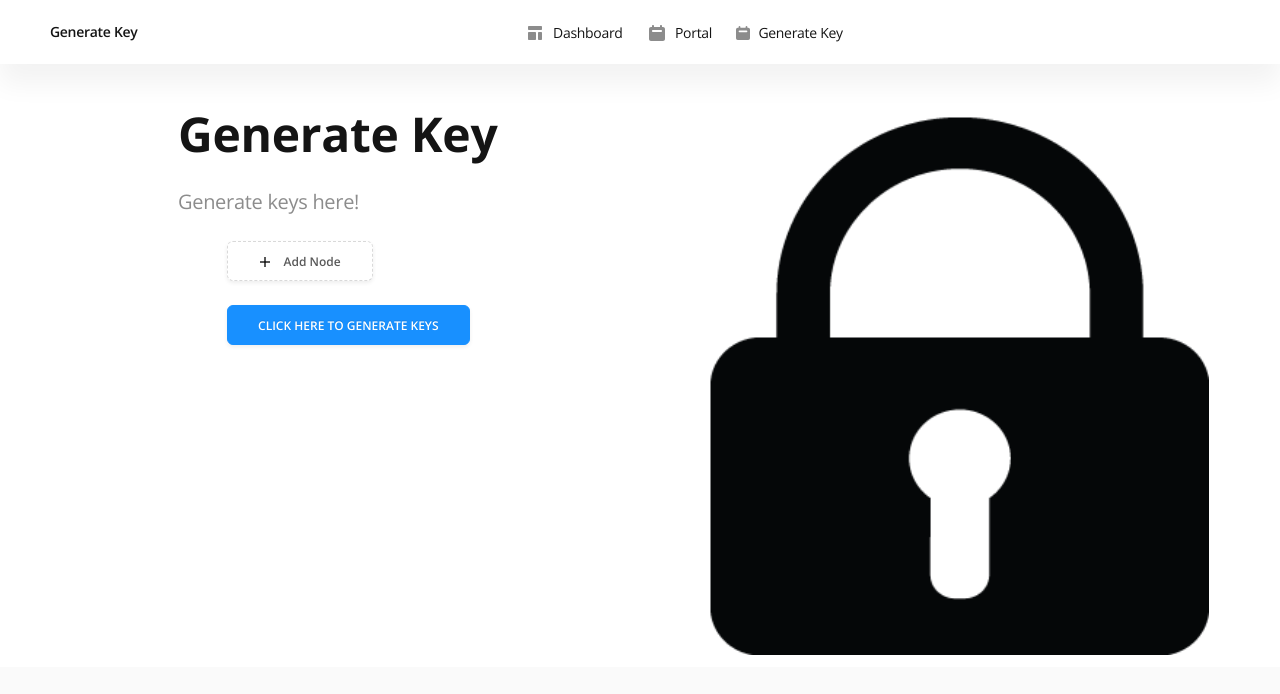
Repository: ahabalikhan/api-analytics-app-fe
Page: /sign-in
The author's editor kept a copy of each file at every save. The page is drawn from the files as they stood at one save, then again after the next save.
The browser window is 1280 px wide. The pictures show the whole page.
The project was rebuilt for these pictures with package versions that can differ from the ones it lists, and the page was loaded fresh each time. Also part of the build but not shown: src/components/chart/configs/eChart.js, src/components/chart/EChart.js, src/components/chart/configs/lineChart.js, src/components/chart/LineChart.js, src/pages/Home.js, src/pages/Profile.js, src/components/layout/Sidenav.js, src/components/layout/Footer.js and 2 more. Imported but missing from the stored project, and not drawn on this page: src/pages/Billing, src/pages/Rtl, src/pages/Tables.

Above is the page before, as saved 2022-07-16 23:22:26.

After the next save:
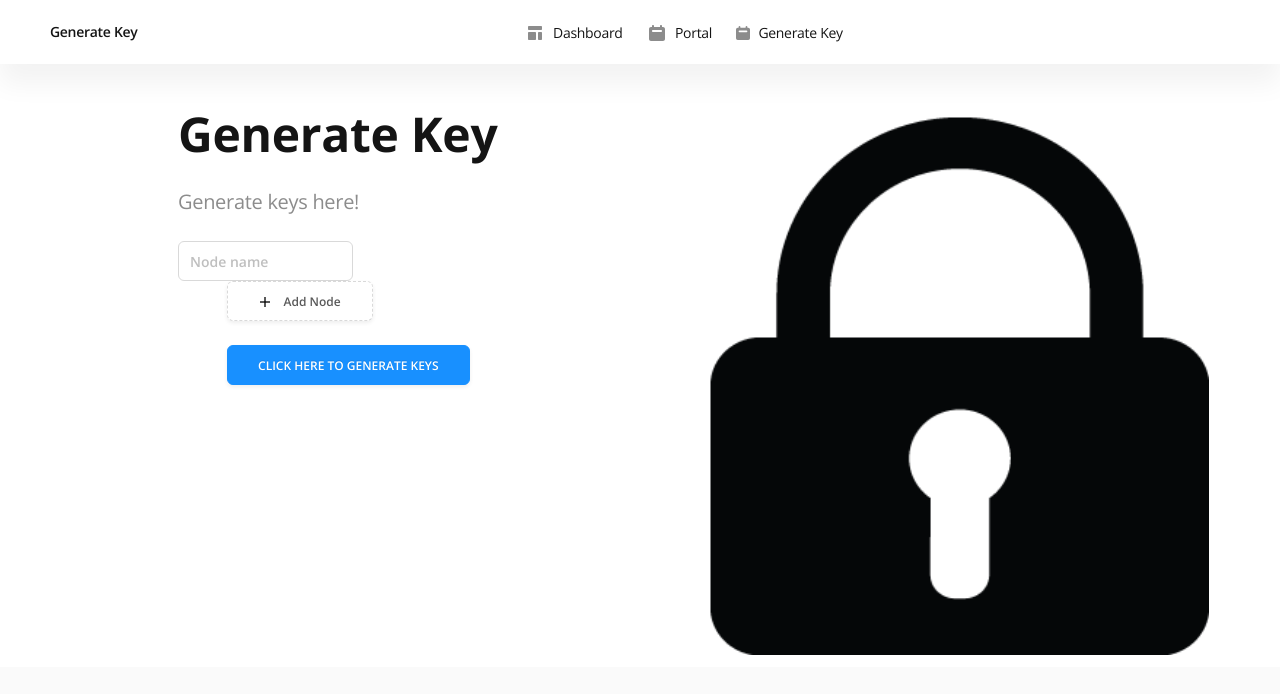
Saved 5 min 29 s later.
--- a/src/components/NodesForm.js
+++ b/src/components/NodesForm.js
@@ -39,6 +39,12 @@ const NodesForm = () => {
 
     return (
         <Form name="dynamic_form_item" {...formItemLayoutWithOutLabel} onFinish={onFinish}>
+            <Input
+                                        placeholder="Node name"
+                                        style={{
+                                            width: '60%',
+                                        }}
+                                    />
             <Form.List
                 name="names"
                 rules={[
